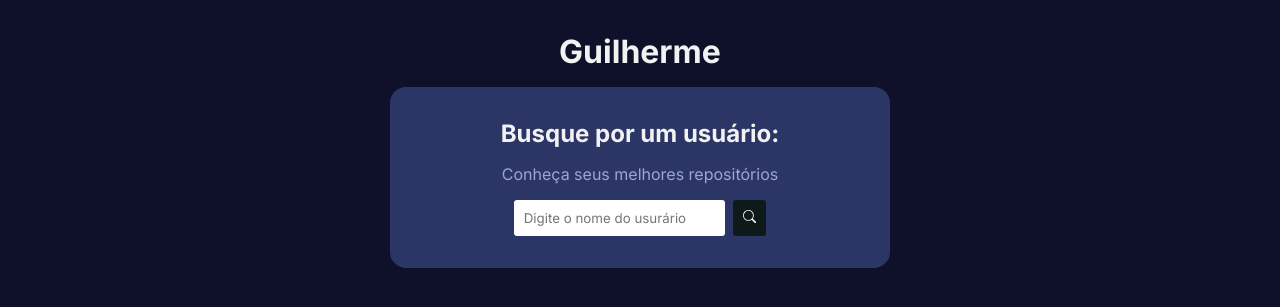
Repository: guilhermecardoso93/github-finder
Page: /
The author's editor kept a copy of each file at every save. The page is drawn from the files as they stood at one save, then again after the next save.
The browser window is 1280 px wide. The pictures show the whole page.
The project was rebuilt for these pictures with package versions that can differ from the ones it lists, and the page was loaded fresh each time. Also part of the build but not shown: vite.config.ts.

Above is the page before, as saved 2024-10-24 19:55:49.

After the next save:
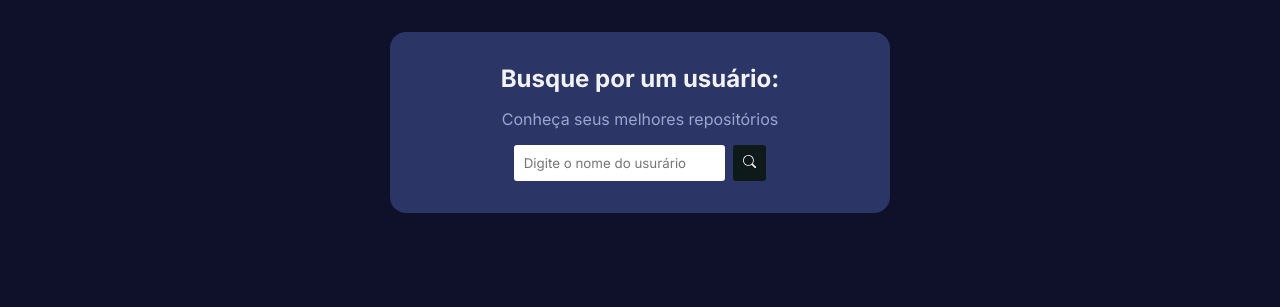
Saved 13 s later.
--- a/src/App.tsx
+++ b/src/App.tsx
@@ -1,11 +1,10 @@
 import { Outlet } from "react-router-dom";
 
-import classes from './App.module.css';
+import classes from "./App.module.css";
 
 export const App = () => {
   return (
     <div className={classes.app}>
-      <h1>Guilherme</h1>
       <Outlet />
     </div>
   );
